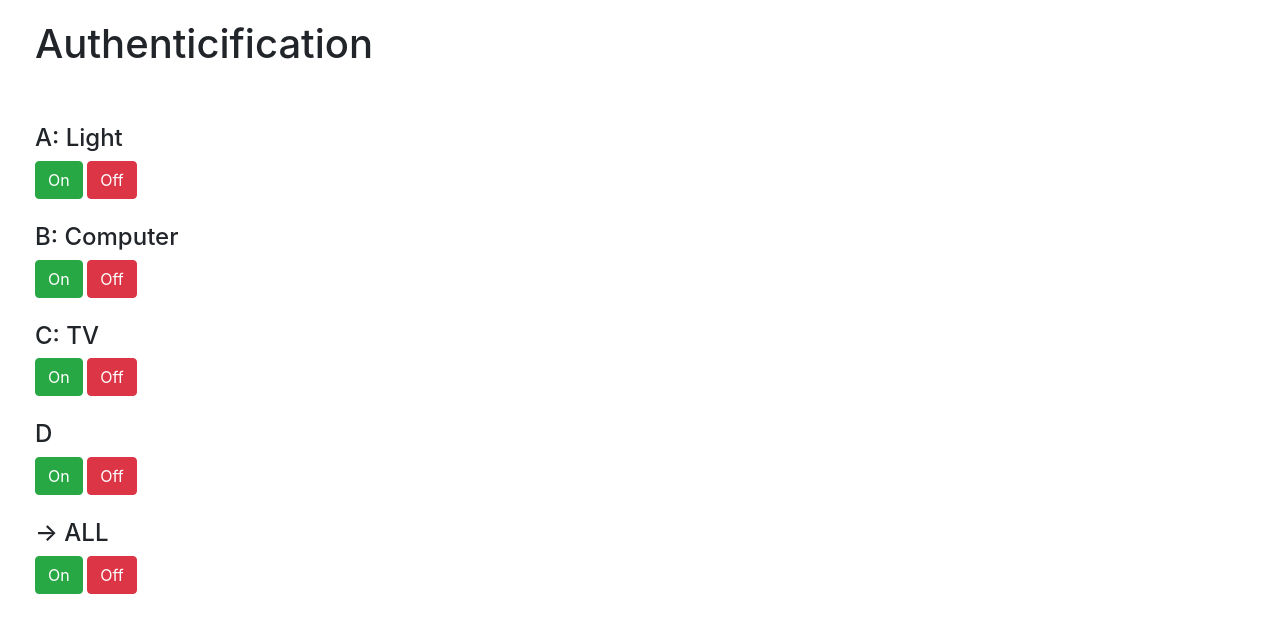
Repository: RobinWarth/Smart-Home-Solutions
Page: Code/Node/public/oauth.html
The author's editor kept a record of every edit. The page is drawn from the files as they stood at one moment, then again after the next edit.
The browser window is 1280 px wide. The pictures show the whole page.

Above is the page before.

After the next edit:
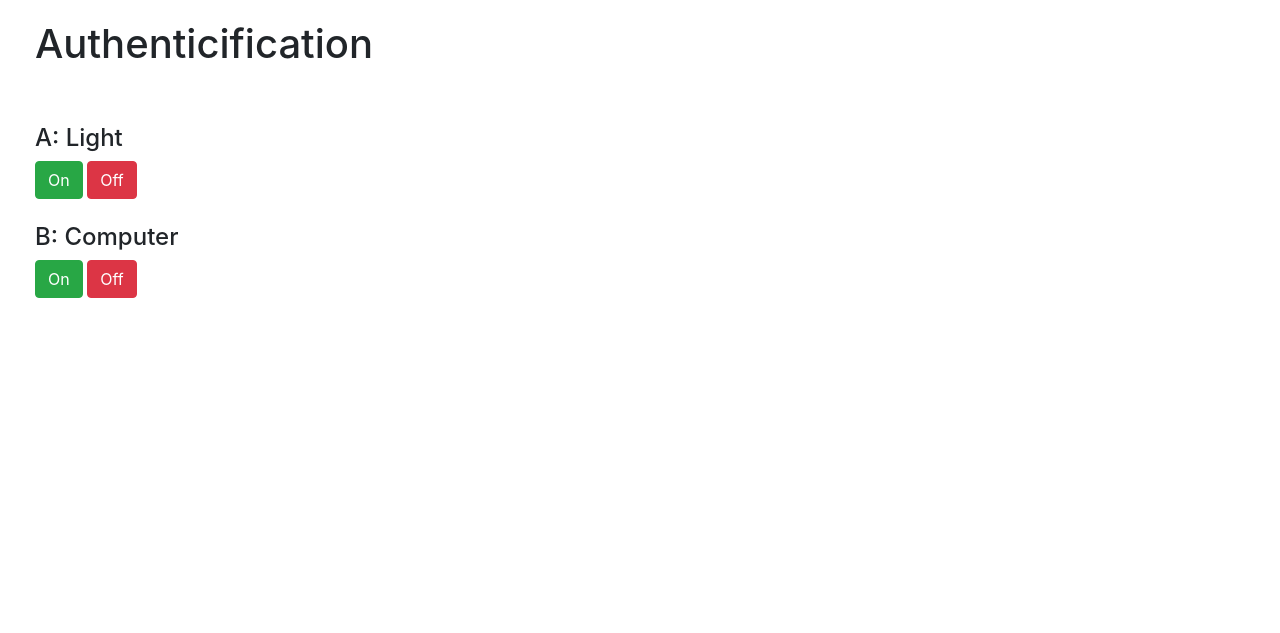
The edit:
--- a/Code/Node/public/oauth.html
+++ b/Code/Node/public/oauth.html
@@ -41,21 +41,7 @@
                 <button type="button" id="buttonBoff" class="btn btn-danger">Off</button>
                 <br>
                 <br>
-                <h4>C: TV</h4>
-                <button type="button" id="buttonCon" class="btn btn-success">On</button>
-                <button type="button" id="buttonCoff" class="btn btn-danger">Off</button>
-                <br>
-                <br>
-                <h4>D</h4>
-                <button type="button" id="buttonDon" class="btn btn-success">On</button>
-                <button type="button" id="buttonDoff" class="btn btn-danger">Off</button>
-                <br>
-                <br>
-                <h4>-> ALL</h4>
-                <button type="button" class="btn btn-success">On</button>
-                <button type="button" class="btn btn-danger">Off</button>
-                <br>
-                <br>
+
 
 
 
